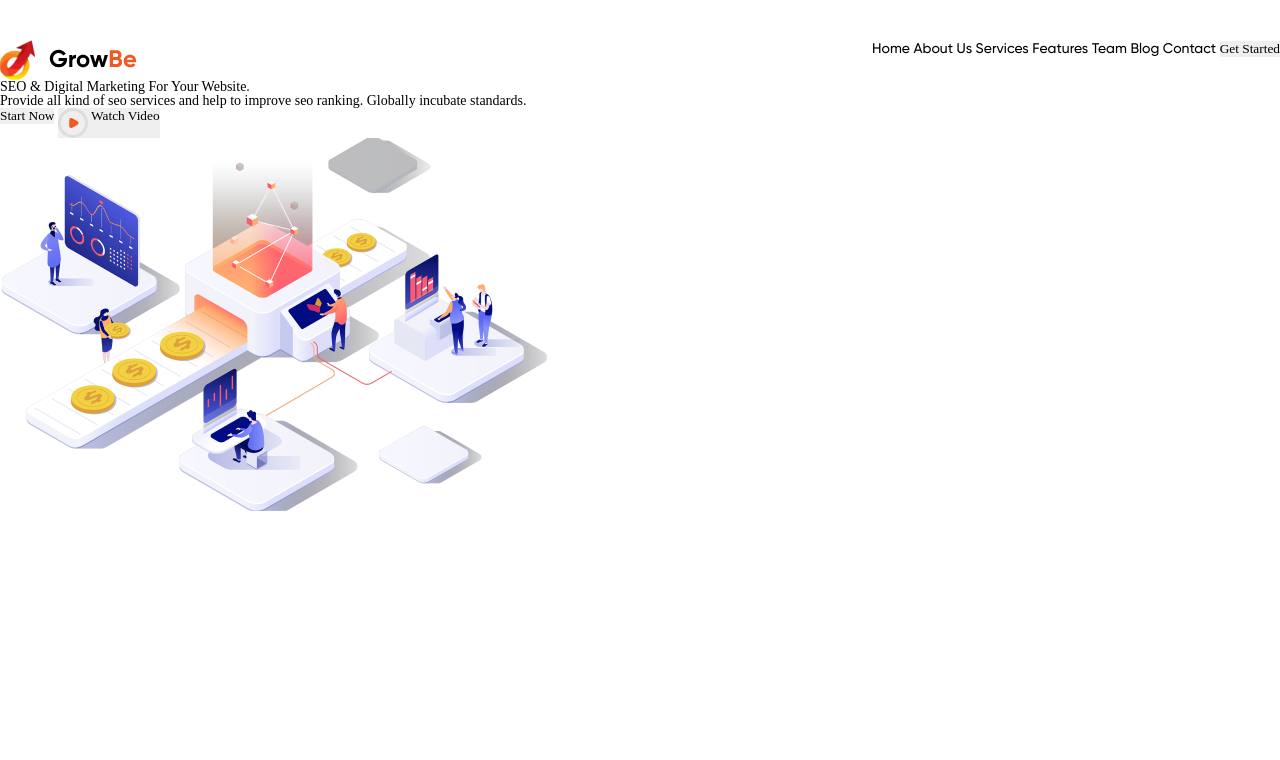
Repository: Alekseiy1980/GrowBe
Page: index.html
The author's editor kept a copy of each file at every save. The page is drawn from the files as they stood at one save, then again after the next save.
The browser window is 1280 px wide. The pictures show the whole page.

Above is the page before, as saved 2024-01-20 11:44:03.

After the next save:
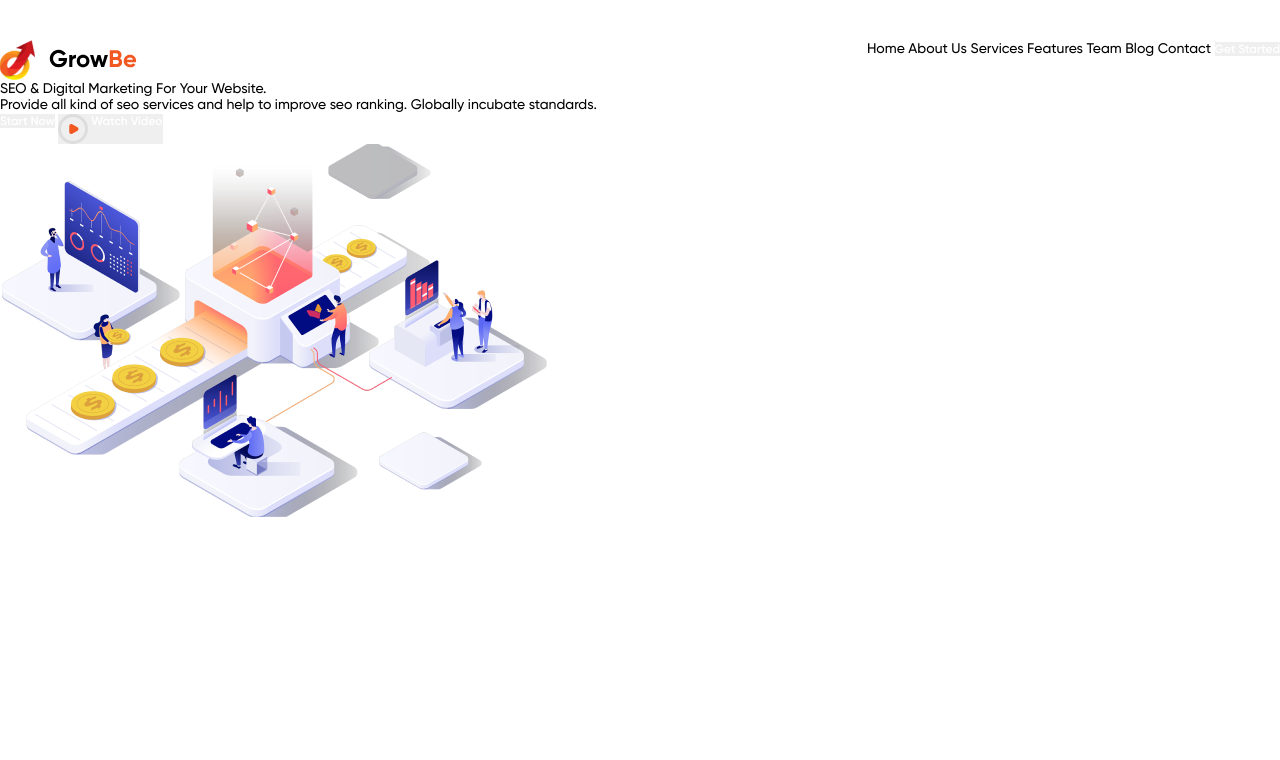
Saved 3 min 44 s later.
--- a/css/style.css
+++ b/css/style.css
@@ -17,6 +17,13 @@
     font-family: 'Gilroy-SemiBold';
     src: url(/fonts/Gilroy-SemiBold.ttf);
 }
+body{
+    font-family: Gilroy-Medium;
+    font-size: 14px;
+    font-style: normal;
+    font-weight: 400;
+    line-height: normal;
+}
 
 header {
     max-width: 1920px;
@@ -33,16 +40,19 @@ header {
     width: 137px;
     height: 40px;
 }
+
 .menu{
     color: #000;
-    font-family: Gilroy-Medium;
-    font-size: 14px;
-    font-style: normal;
-    font-weight: 400;
-    line-height: normal;
+
 }
 
 .menu:hover{
     color: #F25822;
     font-family: Gilroy-SemiBold;
 }
+
+.btn_menu{
+    color: #FFF;
+    font-family: Gilroy-SemiBold;
+    font-size: 12px;
+}
